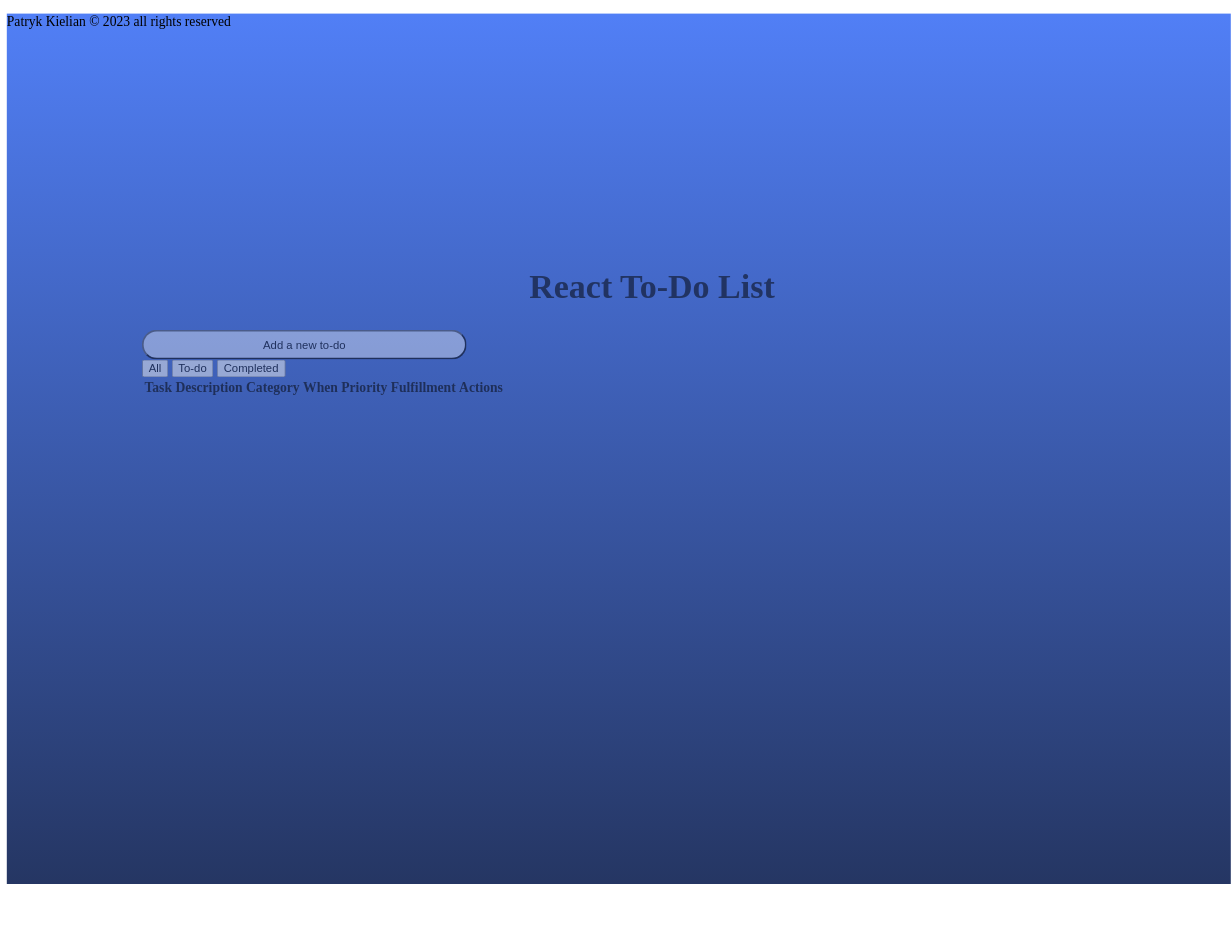
Repository: mirajane2/maquette-todo
Page: index.html
These files come from the project's save history. The page is drawn as it stood at one moment and after the next save; the edit follows.
The browser window is 1280 px wide. The page is 1448 px wide, then 1280 px, so the pictures cover 1448 px, including what lies to the right of the window. The pictures show the whole page, at 85% of full size.

Above is the page before, as saved 2024-11-13 10:24:05.

### index.html
<!DOCTYPE html>
<html lang="fr">
<head>
    <meta charset="UTF-8">
    <meta name="viewport" content="width=device-width, initial-scale=1.0">
    <link rel="stylesheet" href="index.css">
    <title>Maquette Figma</title>
</head>
<body>
    <div class="container">
        <div class="content">
            <h1 class="titre">React To-Do List</h1>
            <div class="control">
                <button class="taches"> Add a new to-do</button>
                <div class="choix_selection">
                    <button class="show">All</button>
                    <button class="options">To-do</button>
                    <button class="options">Completed</button>
                </div>
            </div>

            <div class="table">
                <table>
                    <thead>
                        <tr>
                            <th>Task</th>
                            <th>Description</th>
                            <th>Category</th>
                            <th>When</th>
                            <th>Priority</th>
                            <th>Fulfillment</th>
                            <th>Actions</th>
                        </tr>
                    </thead>
                    <tbody class="valeur">
                        <script src="script.js"></script>
                    </tbody>
                </table>
            </div>
        </div>
        <footer>
            <p>Patryk Kielian © 2023 all rights reserved</p>
        </footer>
    </div>
</body>
</html>

### index.css
.container {
    background: linear-gradient(180deg, #517FF6, #253663);
    width : 1440px;
    height: 1024px;
}

.content {
    position: absolute;
    left: 117px;
    top: 137px;
    border-radius: 30px;
    opacity: 0.5;
    width: 1200px;
    height: 770px;
    background-color: var(--white50);
    margin: 100px auto;
    padding: 50px;
    display: block;
    unicode-bidi: isolate;
}

.titre {
    color: #000000;
    font-weight: bold;
    font-size: 40px;
    text-align: center;
    font-family: Jost;
    opacity: 1;
    position: relative;
}

.taches {
    background-color: #FFFB;
    border-radius: 20px;
    width: 382px;
    height: 35px;
}

Loaded but not shown: script.js (no stored copy; drawn as an empty file)

After the next save:
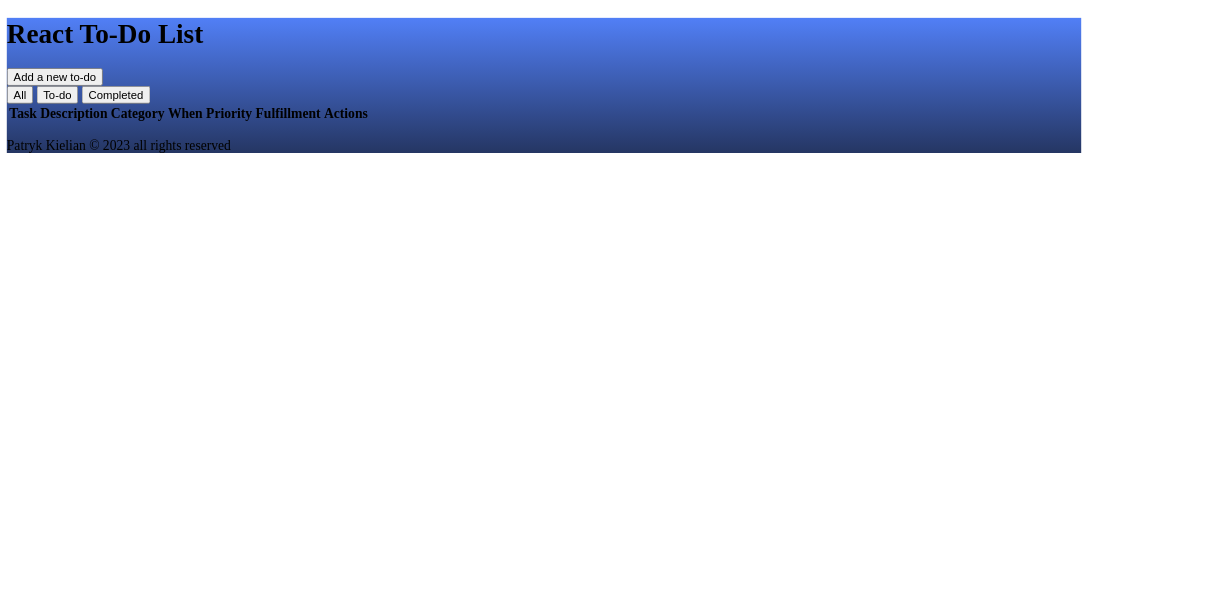
Saved 4 min 23 s later.
--- a/index.css
+++ b/index.css
@@ -1,37 +1,3 @@
 .container {
     background: linear-gradient(180deg, #517FF6, #253663);
-    width : 1440px;
-    height: 1024px;
 }
-
-.content {
-    position: absolute;
-    left: 117px;
-    top: 137px;
-    border-radius: 30px;
-    opacity: 0.5;
-    width: 1200px;
-    height: 770px;
-    background-color: var(--white50);
-    margin: 100px auto;
-    padding: 50px;
-    display: block;
-    unicode-bidi: isolate;
-}
-
-.titre {
-    color: #000000;
-    font-weight: bold;
-    font-size: 40px;
-    text-align: center;
-    font-family: Jost;
-    opacity: 1;
-    position: relative;
-}
-
-.taches {
-    background-color: #FFFB;
-    border-radius: 20px;
-    width: 382px;
-    height: 35px;
-}
